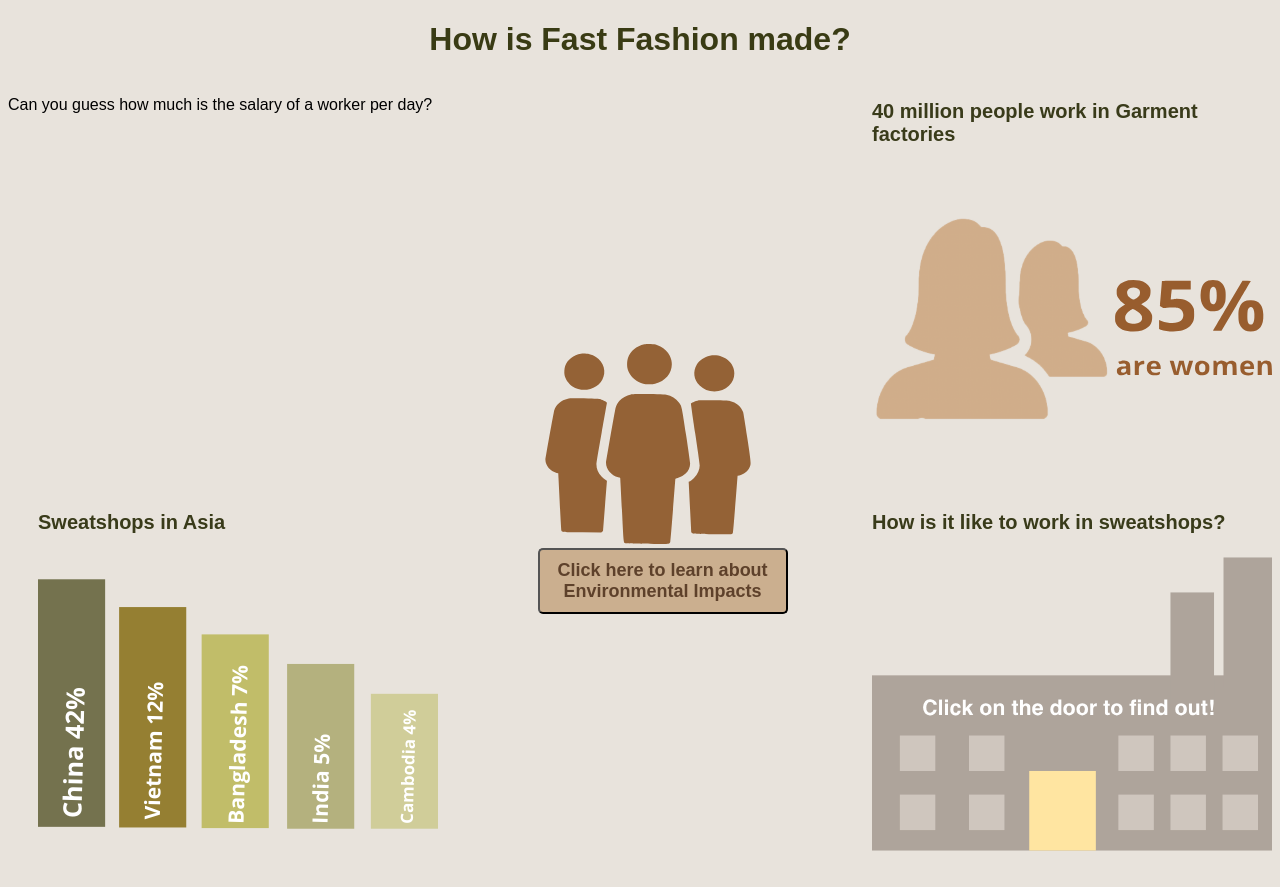
Repository: DevOfHockey/mdia-2190-midterm
Page: fashionlabor.html
An editor plug-in stored every save of this project. The page is shown before and after the next save, followed by the edit.
The browser window is 1280 px wide. The pictures show the whole page.

Above is the page before, as saved 2022-03-06 22:28:10.

### fashionlabor.html
<!DOCTYPE html>
<html>
  <head>
    <title>Fashion Labor</title>
    <script src="comps/header.js"></script>
    <script src="comps/subheading.js"></script>
    <script src="comps/infobox.js"></script>
    <link rel="stylesheet" href="fashionlabor.css">
  </head>
<!-- Header -->
  <body>
  <div class="main"></div>
    <div class="Headings">
      <the-header
        name="Sample Header">
      </the-header>
      <the-subheading
        name="Sample Sub-heading">
      </the-subheading>
    </div>

<!-- Images with Info-->
    <div id="info">
      <div class="salary">
        <p>Can you guess how much is the salary of a worker per day?</p>
      </div>

      <div class="asia">
        <the-info
          name="40 million people work in Garment factories"
          img="/imgs/women.svg">
        </the-info>
      </div>

      <div class="environment">
        <img src="/imgs/human.svg" class="human" width="220" height="200">
        <button>Click here to learn about Environmental Impacts</button>
      </div>

      <div class="people">
        <the-info
          name="Sweatshops in Asia">
        </the-info>
      </div>

      <div class="sweatshops">
        <the-info
          name="How is it like to work in sweatshops?"
          img="/imgs/sweatshop.svg">
        </the-info>
      </div>
    </div>
  </div>

  </body>
</html>

### comps/header.js
var template_header = document.createElement("template"); //<template> </template> RULE

//To-do - CREATE THE UI HERE!
template_header.innerHTML = `
<div class = "header">
<h1> How is Fast Fashion made? </h1>
</div>
<style>
h1 {
    color: #393b14;
}
</style>
`;

//MUST HAVE - CREATE A CLASS WITH HTMLELEMENT POWERS (interfaces/functionalities)
class TheHeader extends HTMLElement {

    //MUST HAVE - CREATE A CONSTRUCTOR TO DO INITAL ASSOCIATIONS
    constructor(){
        super(); //pass on the HTMLElement super powers!
        this.attachShadow({mode:"open"}) //Attach it to the shadowRoot

        //To-do - CREATE THE STATES FOR THE UI HERE!
    }

    //MUST HAVE - FUNCTION THAT RUNS AFTER IT'S CONNECTED
    connectedCallback(){
        this.shadowRoot.appendChild(template_header.content.cloneNode(true)); //use the template to make a clone
    }

    //To-do - CREATE THE FUNCTIONALITIES HERE!
}

//MUST HAVE - define the tag for the custom elements
customElements.define("the-header", TheHeader)

### comps/infobox.js
//MUST HAVE - CREATE A TEMPLATE TAG
var template_info = document.createElement("template"); //<template> </template> RULE

//To-do - CREATE THE UI HERE!
template_info.innerHTML = `
<div id = "info_cont">
<h3>Info Title<h3>
<img id='image' src='/imgs/sweatshopsgraph.svg' />
</div>

<style>
h3 {
    font-size: 20px;
    font-weight: bold;
    color: #393B1A;
    text-align: left;
    margin-left: 30px;
}

#image {
    width: 400px;
    height: 300px;
}
`;

//MUST HAVE - CREATE A CLASS WITH HTMLELEMENT POWERS (interfaces/functionalities)
class TheInfo extends HTMLElement {

    //MUST HAVE - CREATE A CONSTRUCTOR TO DO INITAL ASSOCIATIONS
    constructor(){
        super(); //pass on the HTMLElement super powers!
        this.attachShadow({mode:"open"}) //Attach it to the shadowRoot

        //To-do - CREATE THE STATES FOR THE UI HERE!
    }

    //MUST HAVE - FUNCTION THAT RUNS AFTER IT'S CONNECTED
    connectedCallback(){
        this.shadowRoot.appendChild(template_info.content.cloneNode(true)); //use the template to make a clone
        //console.log(this.getAttribute("name"))
        if(this.getAttribute("name")){
        this.shadowRoot.querySelector("#info_cont > h3").innerText = this.getAttribute("name");
        }
        if(this.getAttribute("img")){
        this.shadowRoot.querySelector("img").src = this.getAttribute("img");
        }
    }

    //To-do - CREATE THE FUNCTIONALITIES HERE!
}

//MUST HAVE - define the tag for the custom elements
customElements.define("the-info", TheInfo)

### fashionlabor.css
body {
    background-color: #e8e3dc;
    font-family: Arial, Helvetica, sans-serif;
}
.Headings {
    text-align: center;
    font-family: Arial, Helvetica, sans-serif;
}
#info {
    display: grid;
    grid-template-columns: 2fr 1fr;
}
button {
    display:flex;
    align-self: center;
    background-color: #CBAF8F;
    color: #5E412B;
    text-align: center;
    padding: 10px;
    text-decoration: none;
    font-family: Arial, Helvetica, sans-serif;
    font-size: 18px;
    font-weight: bold;
    border-radius: 5px;
    width: 250px;
}
.environment {
    align-self: center;
    position: absolute;
    left: 42%;
}

Loaded but not shown: comps/subheading.js (no copy from this time; the picture is the same without it)

After the next save:
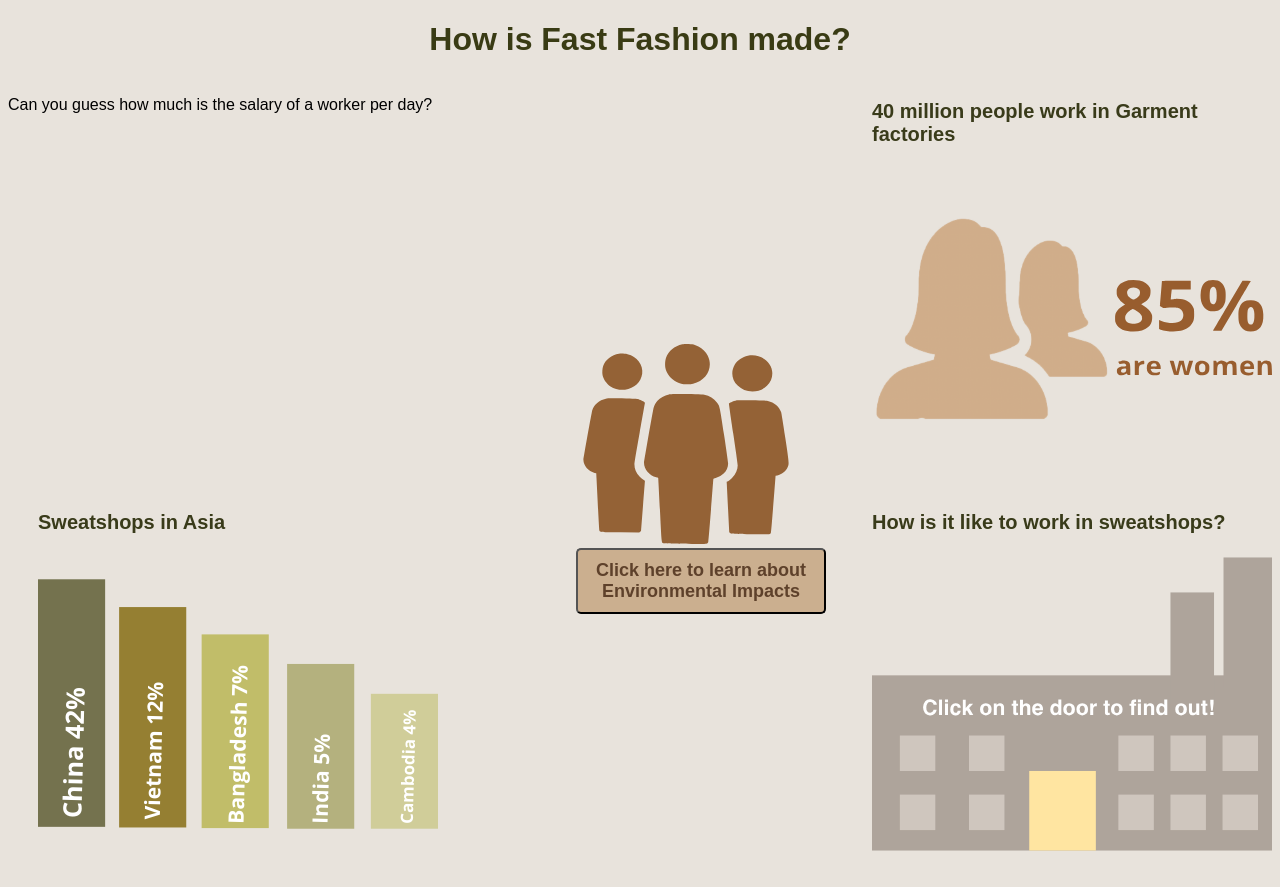
Saved 65 s later.
--- a/fashionlabor.css
+++ b/fashionlabor.css
@@ -27,5 +27,5 @@
 .environment {
     align-self: center;
     position: absolute;
-    left: 42%;
+    left: 45%;
 }

After the save that followed:
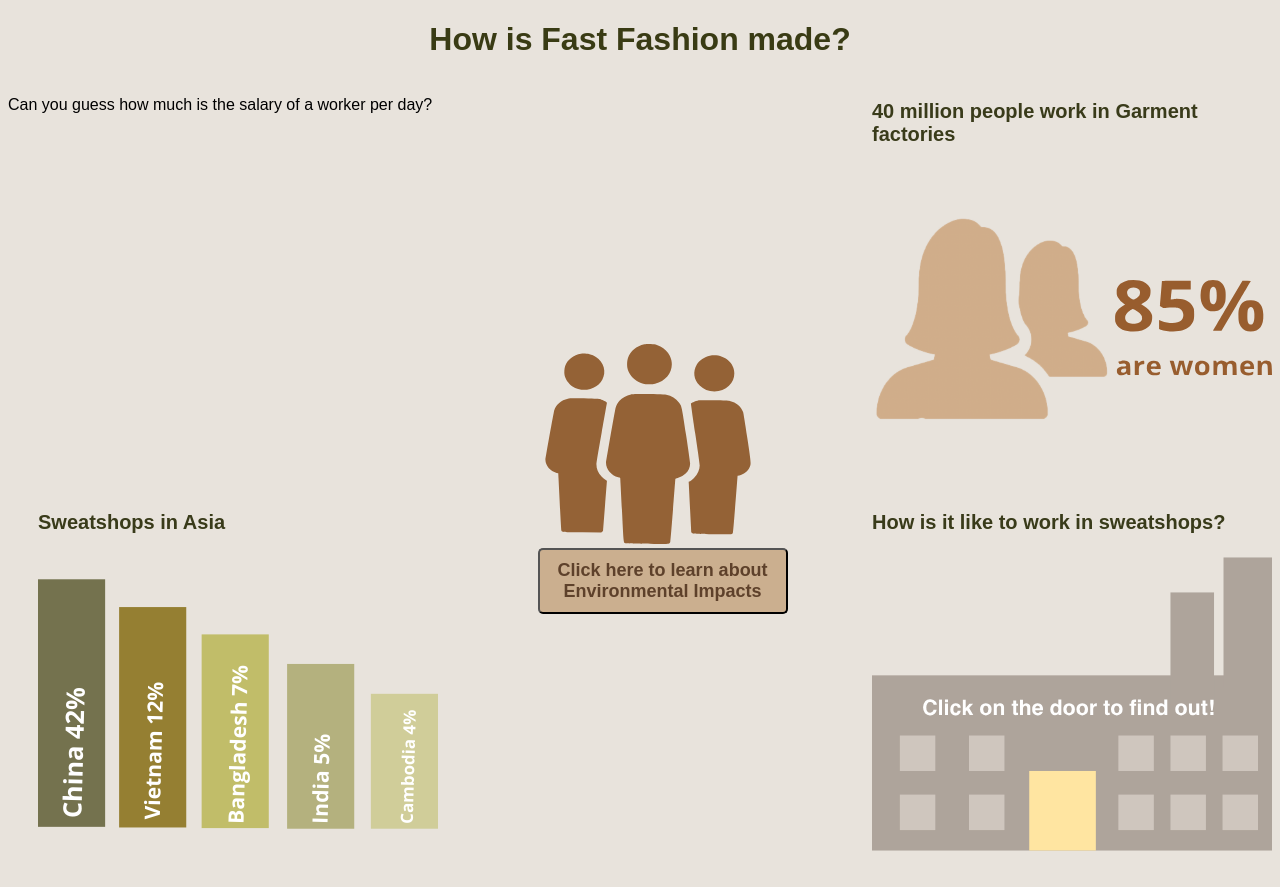
Saved 8 s later.
--- a/fashionlabor.css
+++ b/fashionlabor.css
@@ -27,5 +27,5 @@
 .environment {
     align-self: center;
     position: absolute;
-    left: 45%;
+    left: 42%;
 }
